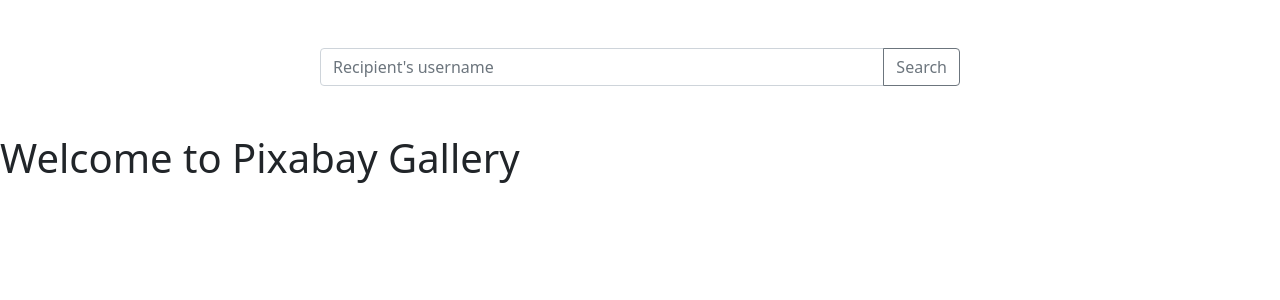
Repository: mehedi9465/PixaBay-Gallery
Page: index.html
These files come from the project's save history. The page is drawn as it stood at one moment and after the next save; the edit follows.
The browser window is 1280 px wide. The pictures show the whole page.

Above is the page before, as saved 2023-05-09 13:08:55.

After the next save:
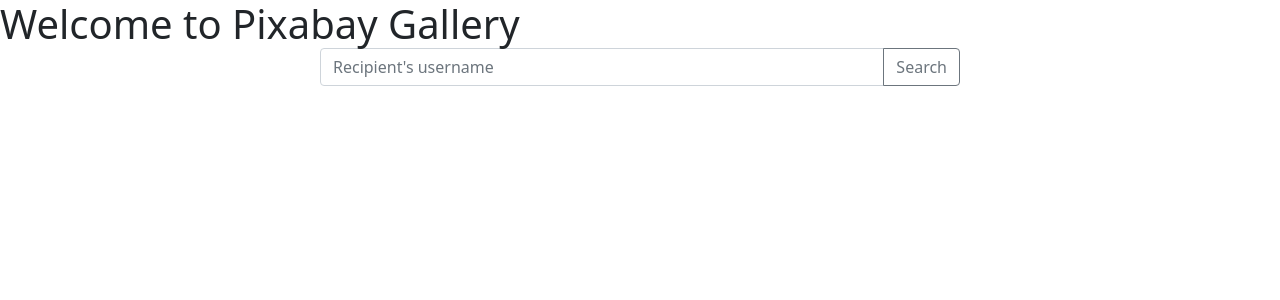
Saved 6 s later.
--- a/index.html
+++ b/index.html
@@ -42,7 +42,7 @@
           Search
         </button>
       </div>
-      <h1 class="text-center fs-1 position-absolute top">Welcome to Pixabay Gallery</h1>
+      <h1 class="text-center fs-1 position-absolute top-0 bottom-0">Welcome to Pixabay Gallery</h1>
     </main>
 
     <script src="js/script.js"></script>
